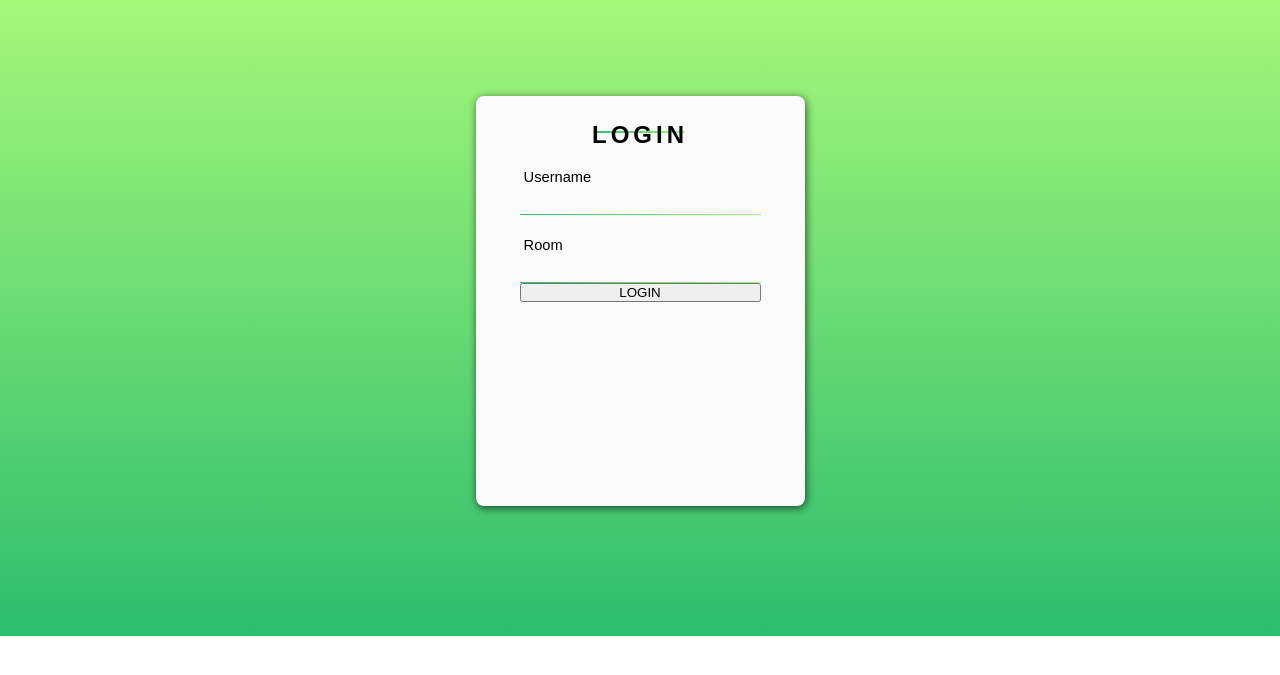
Repository: satyam12116/chat
Page: public/index.html
The author's editor kept a copy of each file at every save. The page is drawn from the files as they stood at one save, then again after the next save.
The browser window is 1280 px wide. The pictures show the whole page.
Some web libraries are served in a nearby version.

Above is the page before, as saved 2023-03-26 10:54:24.

After the next save:
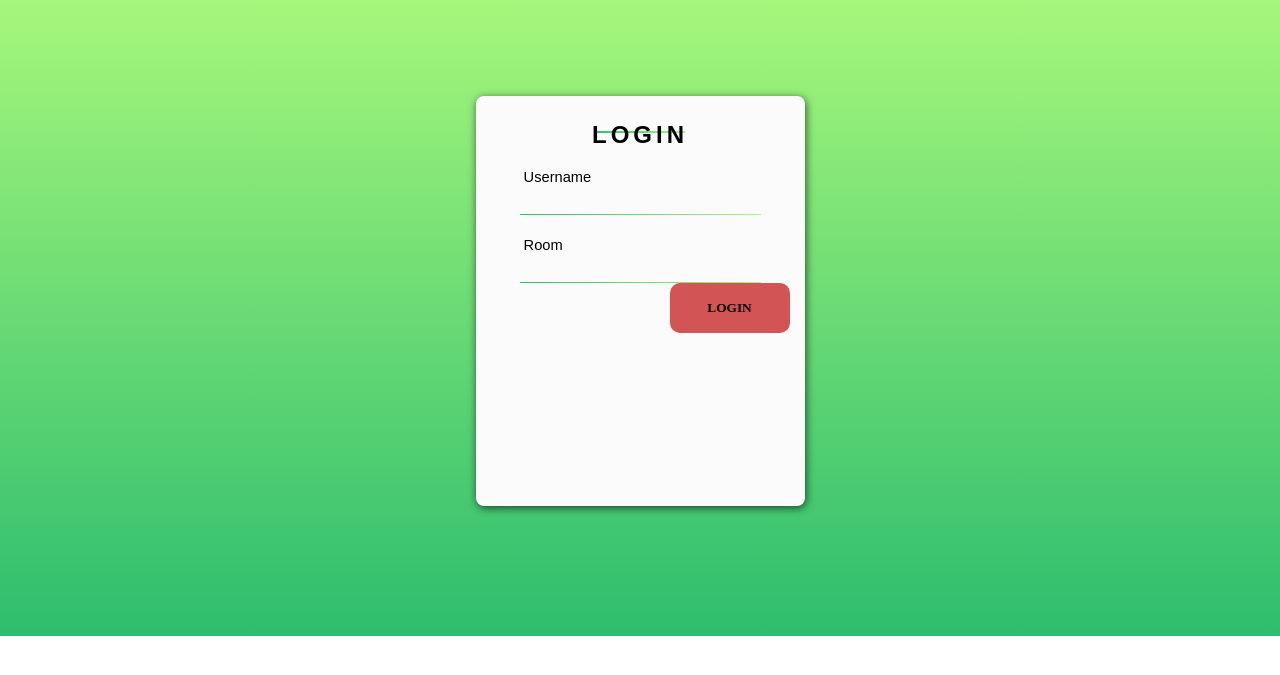
Saved 10 s later.
--- a/public/index.html
+++ b/public/index.html
@@ -65,7 +65,7 @@
 				  <legend id="forgot-pass">Forgot password?</legend>
 				</a> -->
 				<!-- <input id="submit-btn" type="submit" name="submit" value="LOGIN" /> -->
-				<input class="glow" type="submit" name="submit" value="LOGIN" />
+				<input class="glow-on-hover" type="submit" name="submit" value="LOGIN" />
 				<!-- <a href="#" id="signup">Don't have account yet?</a> -->
 			  </form>
 			</div>
